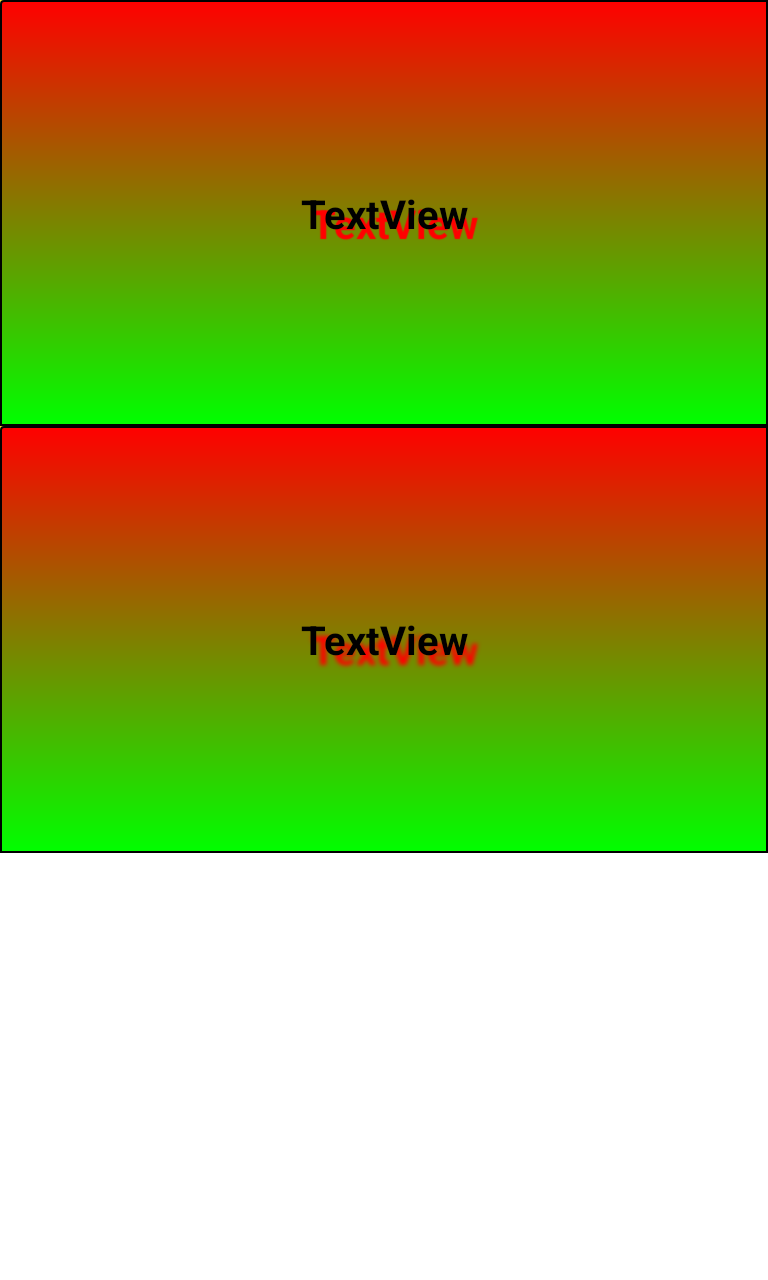
Repository: yhtaphp/yhtqgit
Layout: android/TextView/res/layout/activity_main.xml
An editor plug-in stored every save of this project. The layout is shown before and after the next save, followed by the edit.
It is drawn on a 768 x 1280 px phone screen (xhdpi) without system bars, with theme AppTheme; the app's code is not run.

Above is the layout before, as saved 2016-09-11 13:44:17.

### android/TextView/res/layout/activity_main.xml
<LinearLayout xmlns:android="http://schemas.android.com/apk/res/android"
    xmlns:tools="http://schemas.android.com/tools"
    android:layout_width="match_parent"
    android:layout_height="match_parent"
    tools:context="${relativePackage}.${activityClass}"
    android:background="#ffdd33"
    android:orientation="vertical"
     >

    <TextView
        android:id="@+id/text1"
        android:layout_width="match_parent"
        android:layout_height="0dp"
        android:layout_weight="1"
        android:gravity="center"
        android:background="@drawable/teststyle"
        android:textColor="#000"
        android:shadowDx="10"
        android:shadowDy="10"
        android:shadowColor="#f00"
        android:shadowRadius="0.1"
        android:textStyle="bold"
        android:textSize="20sp"
        android:text="TextView" />
        <TextView
        android:layout_width="match_parent"
        android:layout_height="0dp"
        android:layout_weight="1"
        android:gravity="center"
        android:background="@drawable/teststyle"
        android:textColor="#000"
        android:shadowDx="10"
        android:shadowDy="10"
        android:shadowColor="#f00"
        android:shadowRadius="3.0"
        android:textStyle="bold"
        android:textSize="20sp"
        android:text="TextView" />
   <LinearLayout
       android:layout_weight="1"
       android:layout_width="match_parent"
       android:layout_height="0dp"
       android:orientation="horizontal"
       android:background="#fff"
       >
       <TableRow >
           <TextView
               android:layout_width="wrap_content"
               android:layout_height="wrap_content"
               android:layout_gravity="bottom"
               android:background="#f00"
               android:text="按钮"/>
       </TableRow>
   </LinearLayout>
</LinearLayout>

### android/TextView/res/drawable-ldpi/teststyle.xml
<?xml version="1.0" encoding="utf-8"?>
<shape xmlns:android="http://schemas.android.com/apk/res/android" >
    <!-- 设置一个边框 -->
    <stroke android:width="2px" android:color="#000"/>

    <gradient
        android:angle="270"
        android:startColor="#f00"
        android:endColor="#0f0"/>

    <!-- 设置内边距 -->
    <padding
        android:left="5px"
        android:right="5px"
        android:top="5px"
        android:bottom="5px"
        />
    <corners android:topLeftRadius="3px"/>

</shape>

Loaded but not shown: android/TextView/res/values/styles.xml (common file); android/TextView/res/values-v11/styles.xml (common file); android/TextView/res/values-v14/styles.xml (common file)

After the next save:
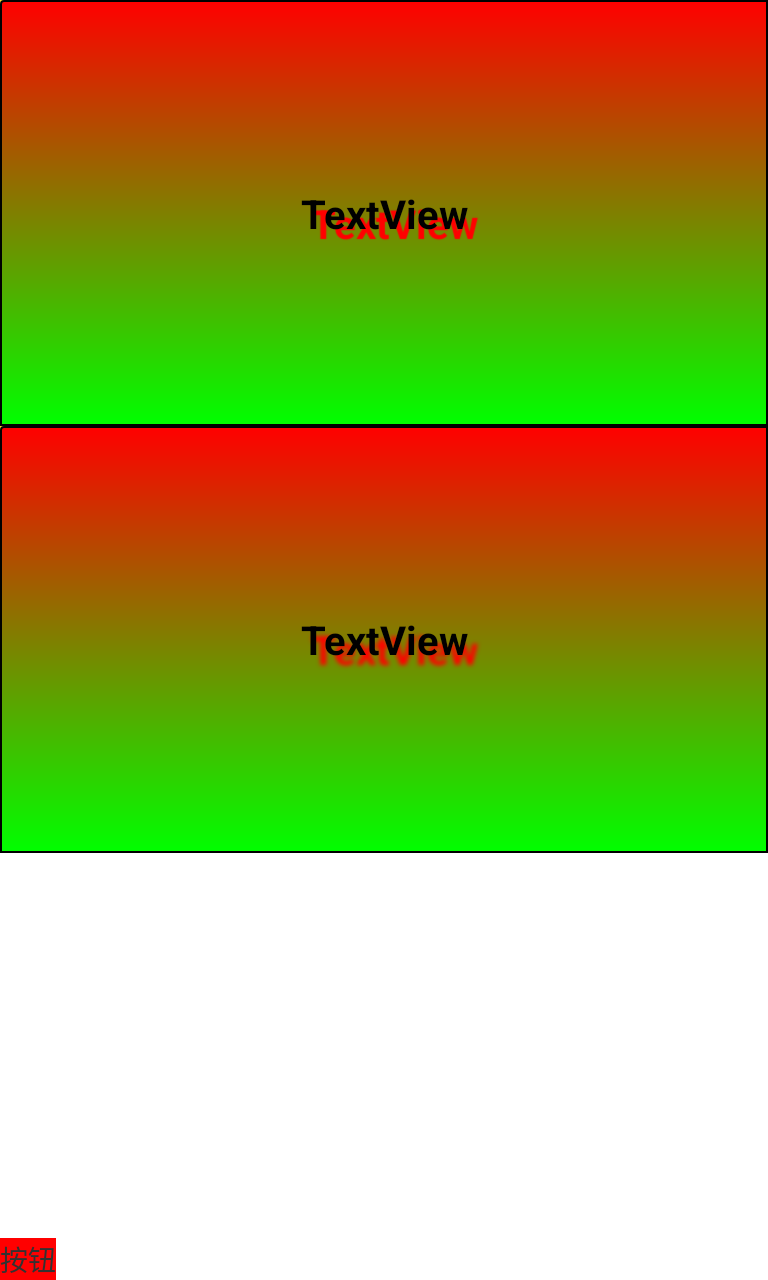
Saved 6 s later.
--- a/android/TextView/res/layout/activity_main.xml
+++ b/android/TextView/res/layout/activity_main.xml
@@ -43,13 +43,11 @@
        android:orientation="horizontal"
        android:background="#fff"
        >
-       <TableRow >
            <TextView
                android:layout_width="wrap_content"
                android:layout_height="wrap_content"
                android:layout_gravity="bottom"
                android:background="#f00"
                android:text="按钮"/>
-       </TableRow>
    </LinearLayout>
 </LinearLayout>
